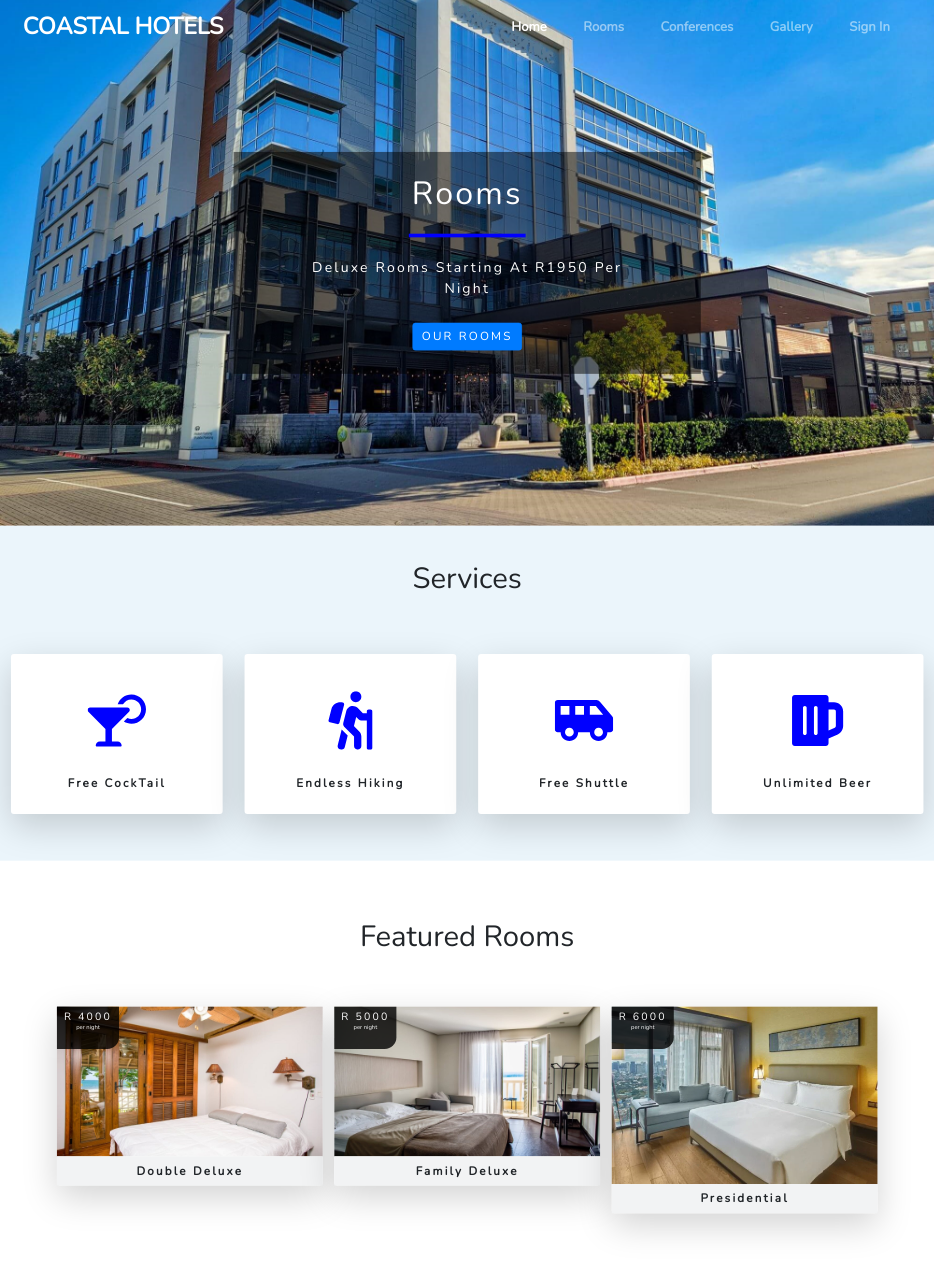
Repository: tebo27cMd/hotel
Page: /
The author's editor kept a copy of each file at every save. The page is drawn from the files as they stood at one save, then again after the next save.
The browser window is 1280 px wide. The pictures show the whole page, at 73% of full size.
The project was rebuilt for these pictures with package versions that can differ from the ones it lists, and the page was loaded fresh each time. Also part of the build but not shown: src/components/RoomsFilter.jsx, src/components/RoomsList.jsx, src/components/RoomsContainer.jsx, src/pages/Rooms.jsx, src/components/StyledHero.jsx, src/firebase.js, src/pages/SingleRoom.jsx, src/pages/Error.jsx and 4 more.

Above is the page before, as saved 2022-11-16 12:13:16.

After the next save:
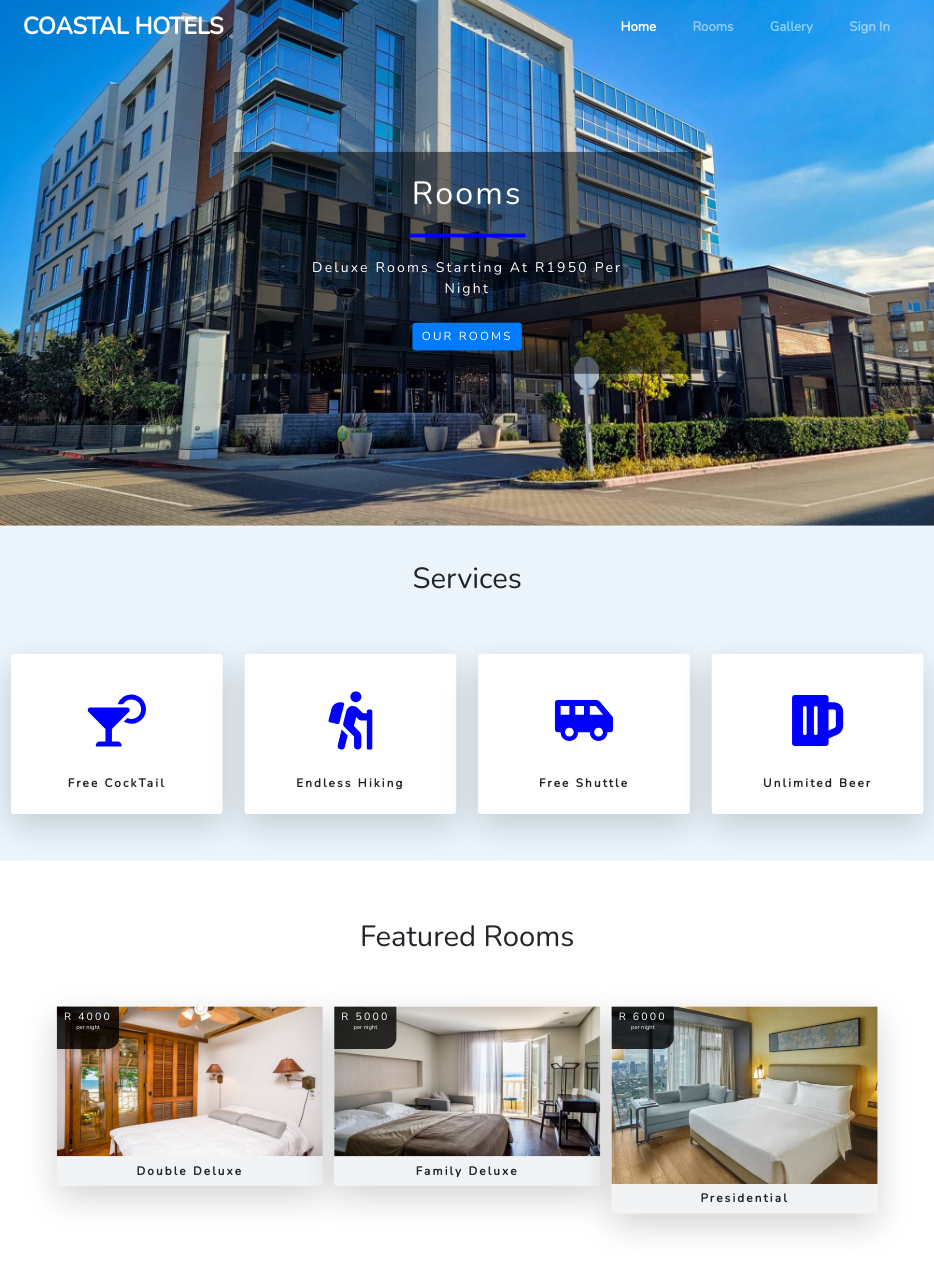
Saved 4 s later.
--- a/src/components/Navbar.jsx
+++ b/src/components/Navbar.jsx
@@ -26,9 +26,7 @@ const Navbar = () => {
                         <li className="nav-item">
                             <NavLink className="nav-link"   to="/rooms">Rooms</NavLink>
                         </li>
-                        <li className="nav-item">
-                            <NavLink className="nav-link"   to="/contact">Conferences</NavLink>
-                        </li>
+
 
                         <li className="nav-item">
                             <NavLink className="nav-link"   to="/contact">Gallery</NavLink>
